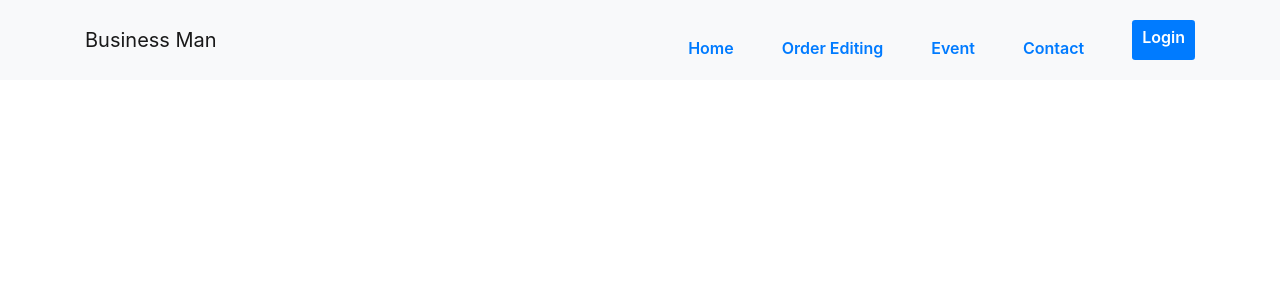
Repository: mdtahsinamin/internship-task
Page: /
The author's editor kept a copy of each file at every save. The page is drawn from the files as they stood at one save, then again after the next save.
The browser window is 1280 px wide. The pictures show the whole page.
The project was rebuilt for these pictures with package versions that can differ from the ones it lists, and the page was loaded fresh each time. Also part of the build but not shown: src/App.css, src/Components/Style/SignIn.css, src/Components/Authentication/SignIn.js, src/Components/NotFound/NotFound.js.

Above is the page before, as saved 2020-12-24 18:39:49.

After the next save:
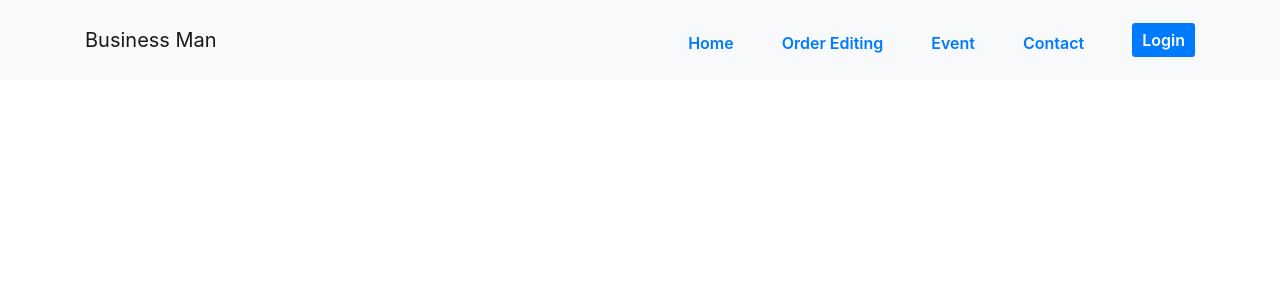
Saved 16 s later.
--- a/src/Components/Pages/Share/Navigation/Navigation.js
+++ b/src/Components/Pages/Share/Navigation/Navigation.js
@@ -36,7 +36,7 @@ const Navigation = () => {
                     {
                         links.map((link,index) =>{
                               return (
-                               <Link className="mr-5 mt-3" to={`${link.toLocaleLowerCase().split(' ').join('-')}`} style={linkStyle} key={index}>
+                               <Link className="mr-5 mt-2" to={`${link.toLocaleLowerCase().split(' ').join('-')}`} style={linkStyle} key={index}>
                                    {link}
                                </Link>
                               )
